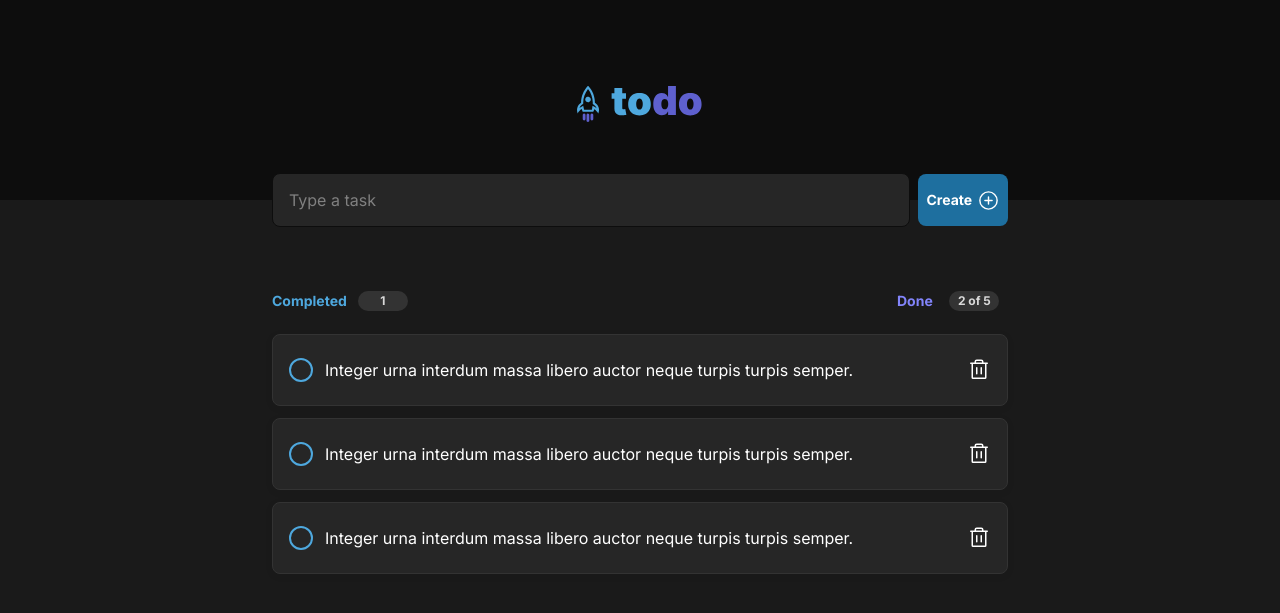
Repository: JoseGu1llardi/to-do-list-D01
Page: /
These files come from the project's save history. The page is drawn as it stood at one moment and after the next save; the edit follows.
The browser window is 1280 px wide. The pictures show the whole page.
The project was rebuilt for these pictures with package versions that can differ from the ones it lists, and the page was loaded fresh each time. Also part of the build but not shown: vite.config.ts.

Above is the page before, as saved 2023-03-11 23:05:28.

After the next save:
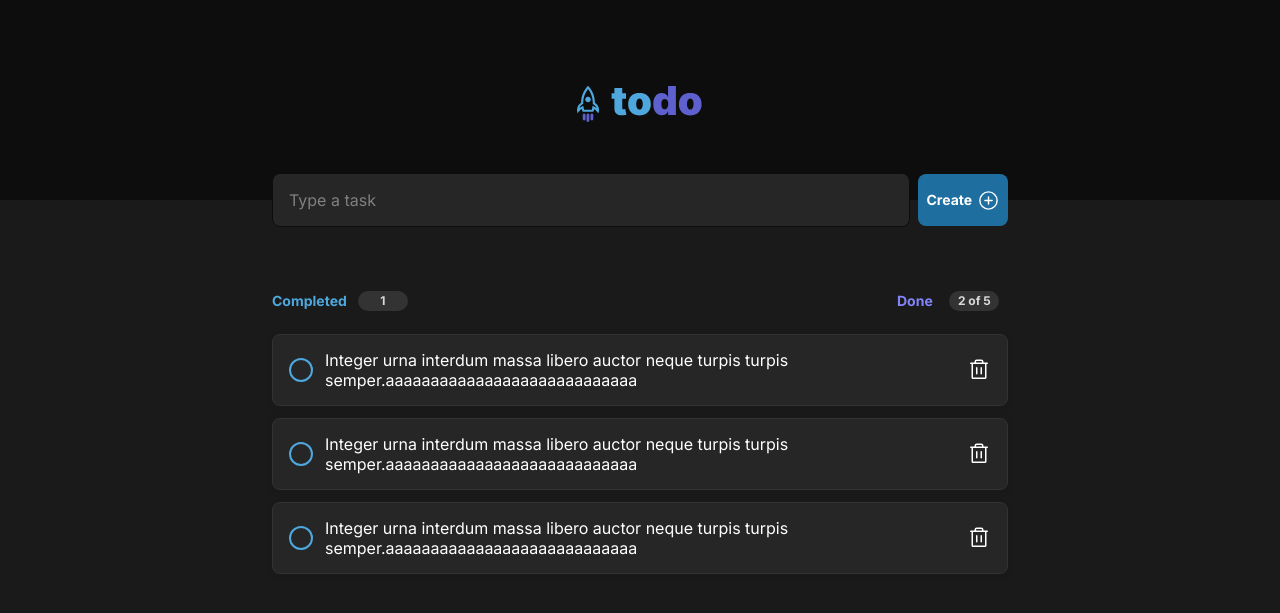
Saved 27 s later.
--- a/src/components/Task/index.tsx
+++ b/src/components/Task/index.tsx
@@ -15,7 +15,7 @@ export function Task() {
                     type="checkbox"
                     onClick={() => setIsChecked(!isChecked)}
                 />
-                <span className={isChecked ? styles.isChecked : ''}>Integer urna interdum massa libero auctor neque turpis turpis semper.</span>
+                <span className={isChecked ? styles.isChecked : ''}>Integer urna interdum massa libero auctor neque turpis turpis semper.aaaaaaaaaaaaaaaaaaaaaaaaaaaa</span>
             </div>
             <Trash size={20} />
         </section>

After the save that followed:
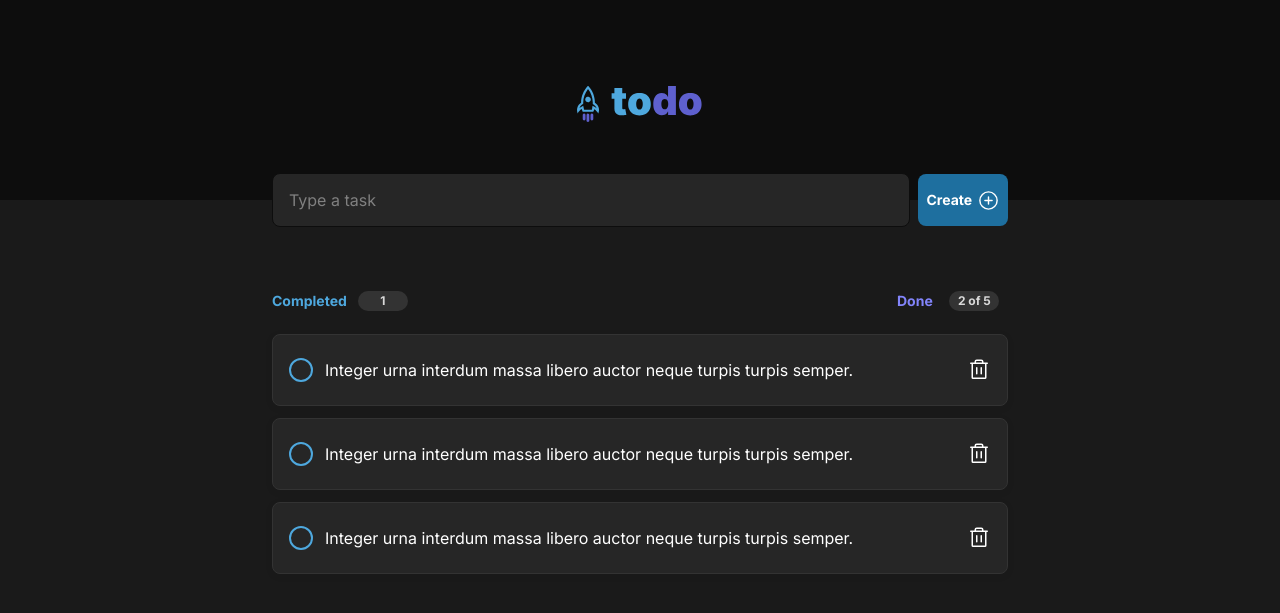
Saved 9 s later.
--- a/src/components/Task/index.tsx
+++ b/src/components/Task/index.tsx
@@ -15,7 +15,7 @@ export function Task() {
                     type="checkbox"
                     onClick={() => setIsChecked(!isChecked)}
                 />
-                <span className={isChecked ? styles.isChecked : ''}>Integer urna interdum massa libero auctor neque turpis turpis semper.aaaaaaaaaaaaaaaaaaaaaaaaaaaa</span>
+                <span className={isChecked ? styles.isChecked : ''}>Integer urna interdum massa libero auctor neque turpis turpis semper.</span>
             </div>
             <Trash size={20} />
         </section>
